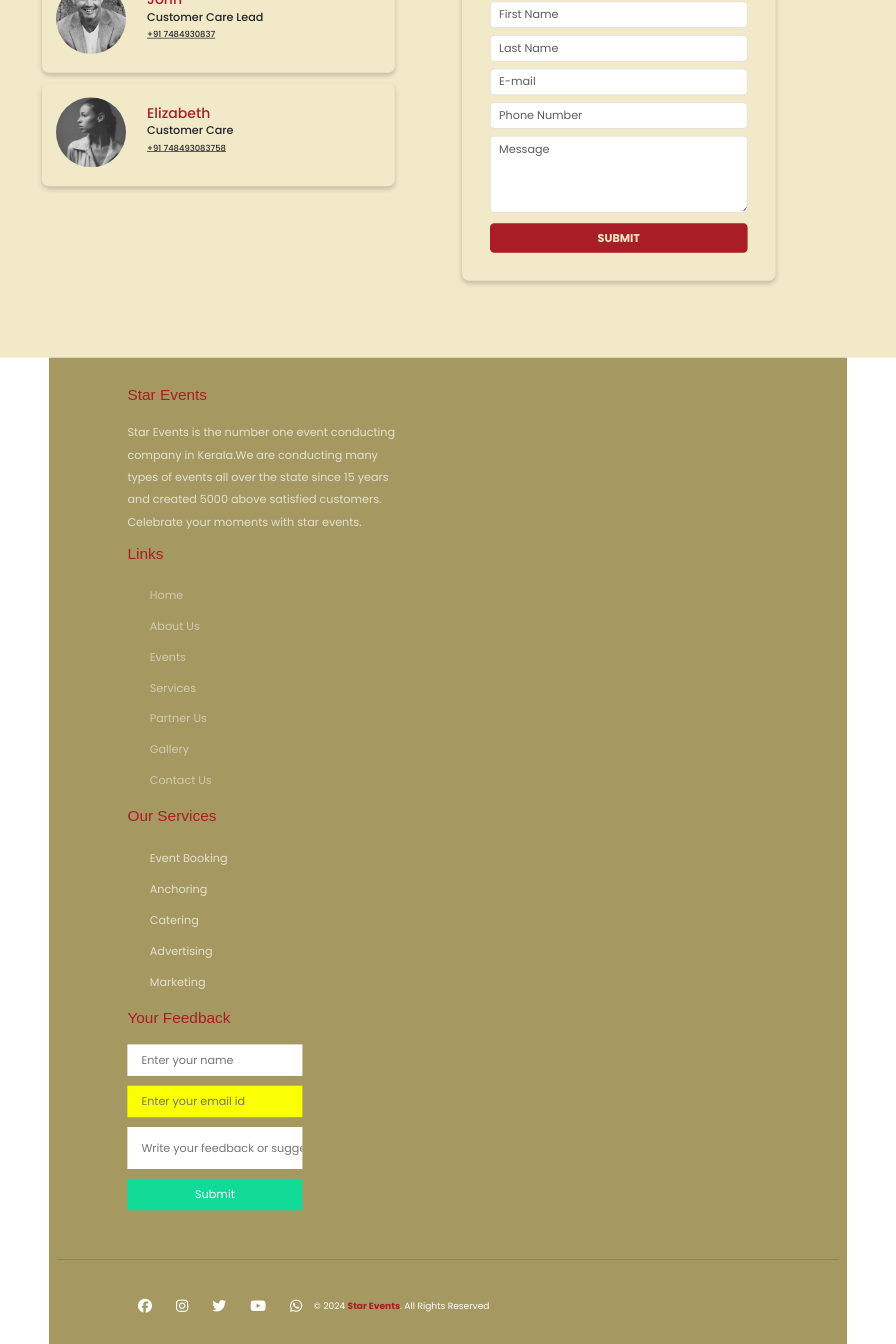
Repository: SharonSebastian32/Event-Management-System-
Page: index.html
These files come from the project's save history. The page is drawn as it stood at one moment and after the next save; the edit follows.
The browser window is 1280 px wide. The pictures show the part of the page from y = 4490 to 6410 px (the page is 6410 px tall), at 70% of full size.
The pointer rests on the first visible `.footer-col .inputemail`.
A picture or video elsewhere on the page could not be fetched, so the positions and the page height are approximate. Some web libraries are served in a nearby version.

Above is the page before, as saved 2024-09-06 12:25:54.
Not found: assets/css/ContactUs.css

After the next save:
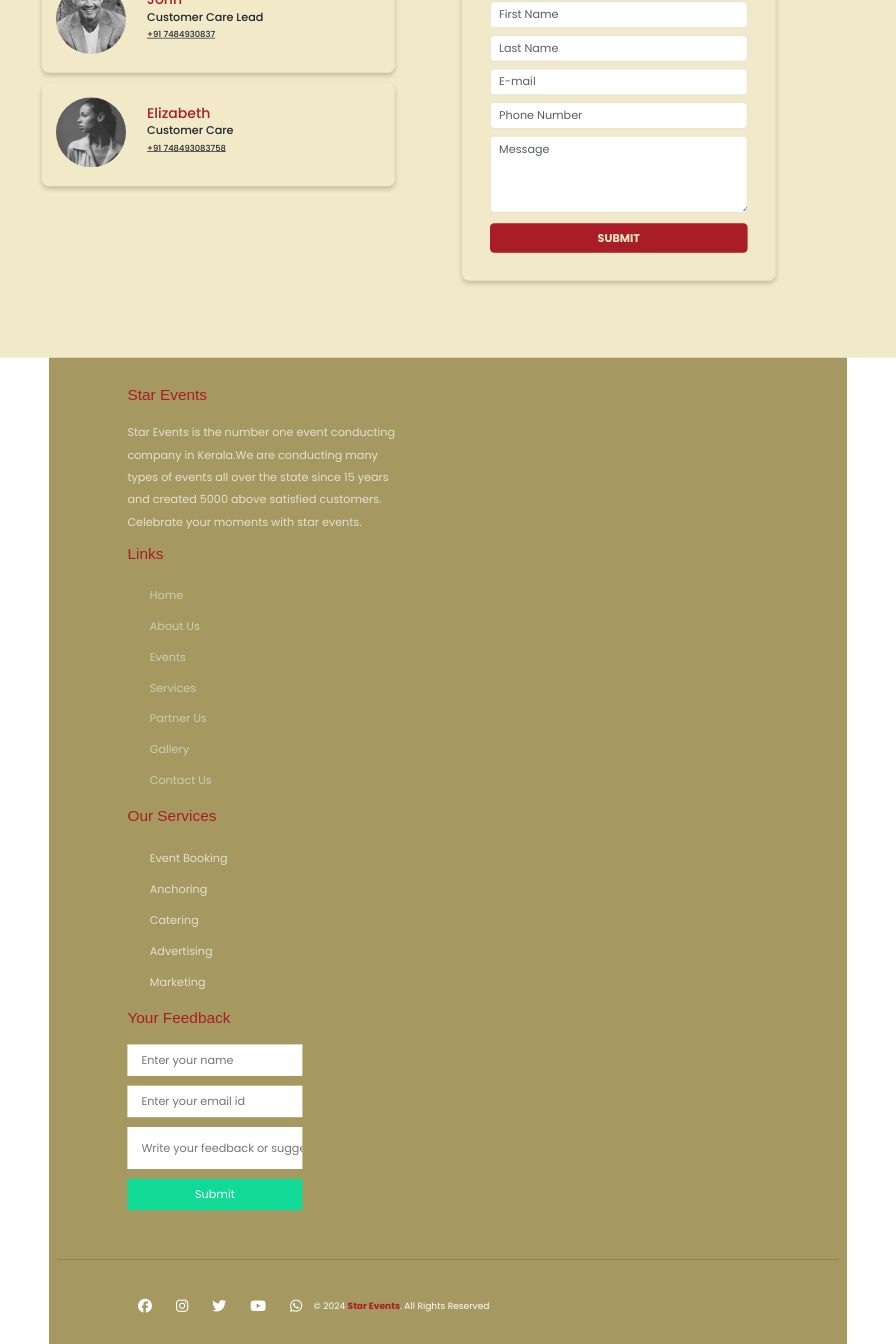
Saved 4 s later.
--- a/Css/Styles.css
+++ b/Css/Styles.css
@@ -594,7 +594,7 @@
    }
 
    .footer-col .inputemail:hover {
-       background-color: rgb(251, 255, 3);
+       background-color: rgb(255, 255, 255);
 
    }
 
